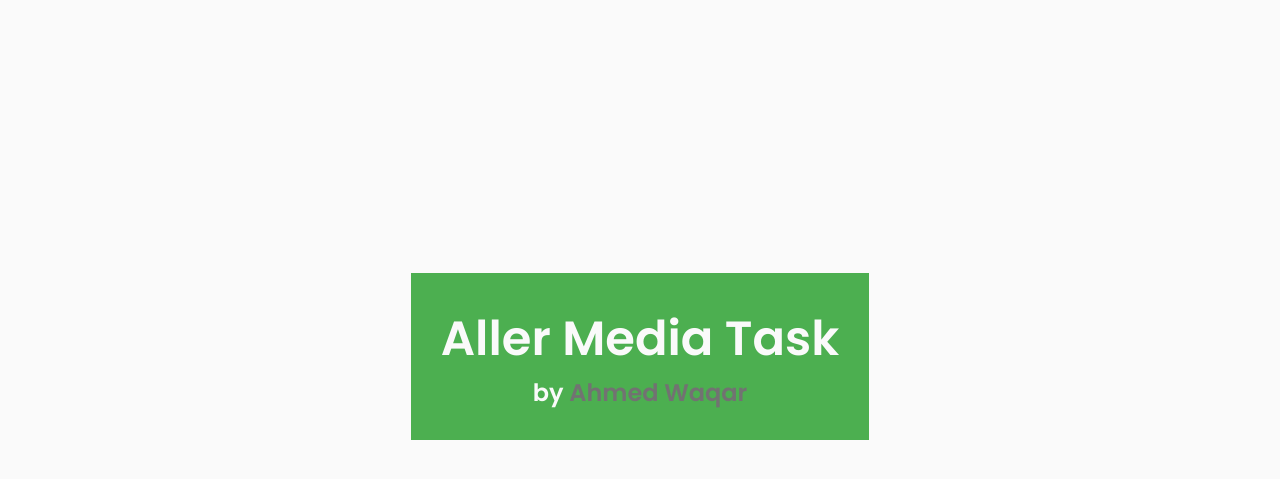
Repository: waqarmalyk/Back-to-front
Page: /
These files come from the project's save history. The page is drawn as it stood at one moment and after the next save; the edit follows.
The browser window is 1280 px wide. The pictures show the whole page.
The page's requests for data from a server got no answer. The project was rebuilt for these pictures with package versions that can differ from the ones it lists, and the page was loaded fresh each time. No one was signed in, and anything a server would have sent is missing.

Above is the page before, as saved 2022-02-06 18:02:11.

After the next save:
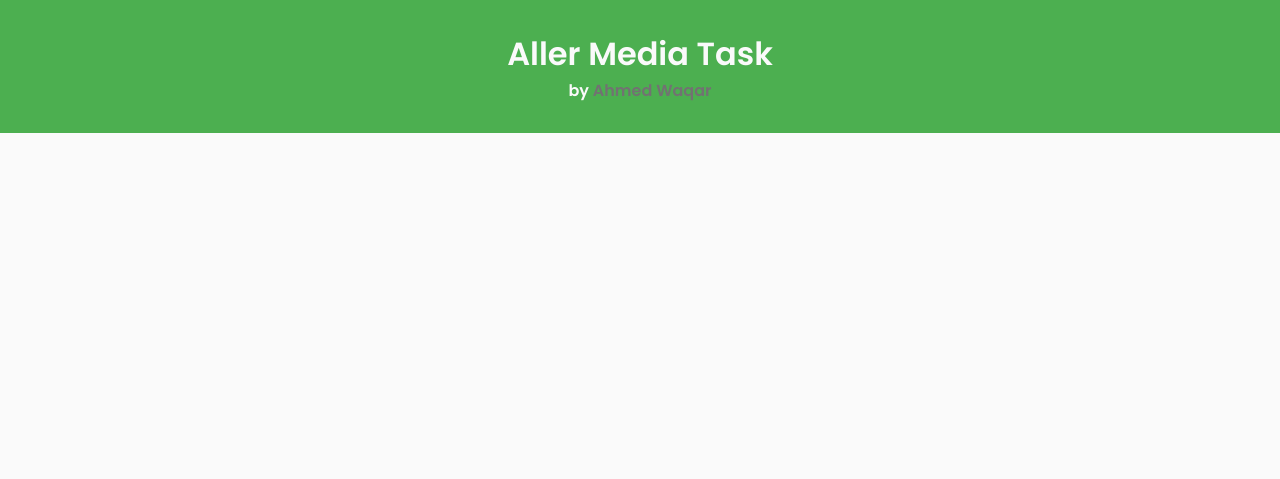
Saved 2 min 47 s later.
--- a/src/App.css
+++ b/src/App.css
@@ -16,12 +16,6 @@
 }
 body {
   font-family: 'Poppins', sans-serif;
-  display: flex;
-  flex-direction: column;
-  justify-content: center;
-  align-items: center;
-  min-height: 100vh;
-  font-size: 1.5rem;
   background-color:var(--veryLightGray);
 }
 .heading{
